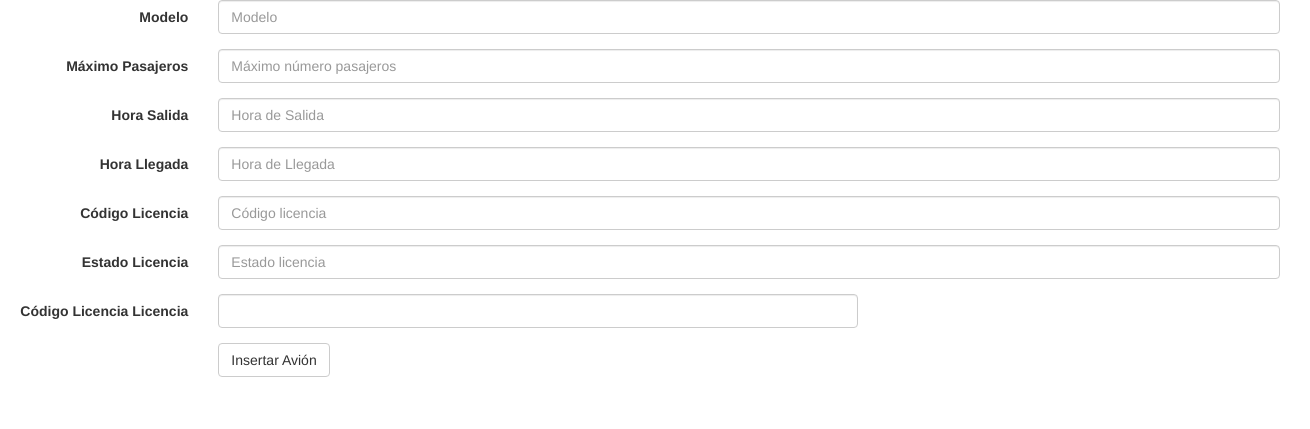
Repository: asbag/gestionaena
Page: http://localhost/gestionaena/WEB-INF/views/avion/formAvion.jsp
These files come from the project's save history. The page is drawn as it stood at one moment and after the next save; the edit follows.
The browser window is 1280 px wide. The page is 1310 px wide, so the pictures cover 1310 px, including what lies to the right of the window. The pictures show the whole page.
The page is served by Tomcat 9. Nobody is signed in. The template is opened directly, without the code that normally fills it, so the values that code supplies are empty.

Above is the page before, as saved 2015-04-14 19:57:43.
Console error: ReferenceError: $ is not defined

After the next save:
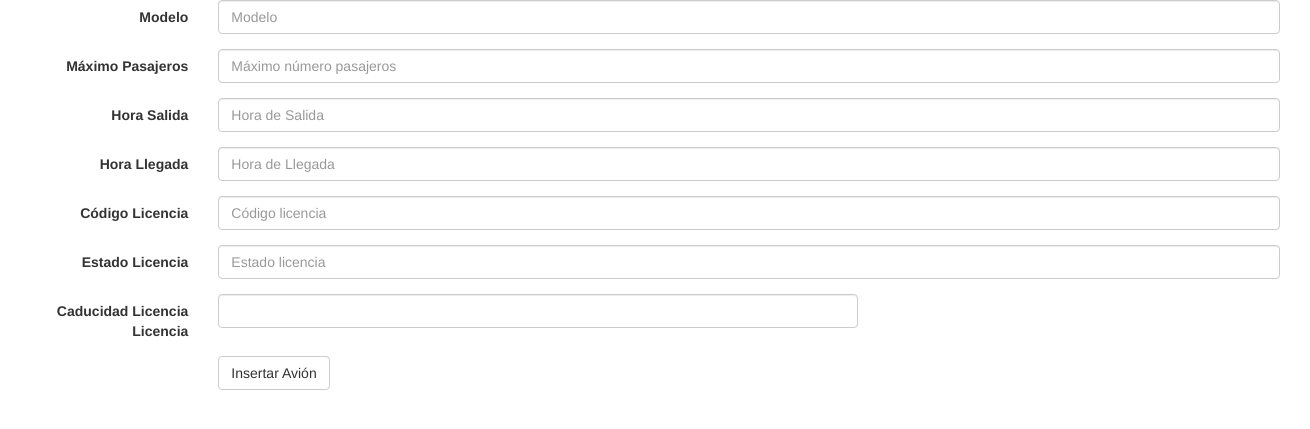
Saved 16 s later.
--- a/gestionaena/src/main/webapp/WEB-INF/views/avion/formAvion.jsp
+++ b/gestionaena/src/main/webapp/WEB-INF/views/avion/formAvion.jsp
@@ -65,7 +65,7 @@
 			</div>
 		</div>
 		<div class="form-group">
-			<label for="estado_licencia" class="col-sm-2 control-label">C&oacute;digo Licencia
+			<label for="estado_licencia" class="col-sm-2 control-label">Caducidad Licencia
 				Licencia</label>
 			<div class="row">
 				<div class='col-sm-6'>
